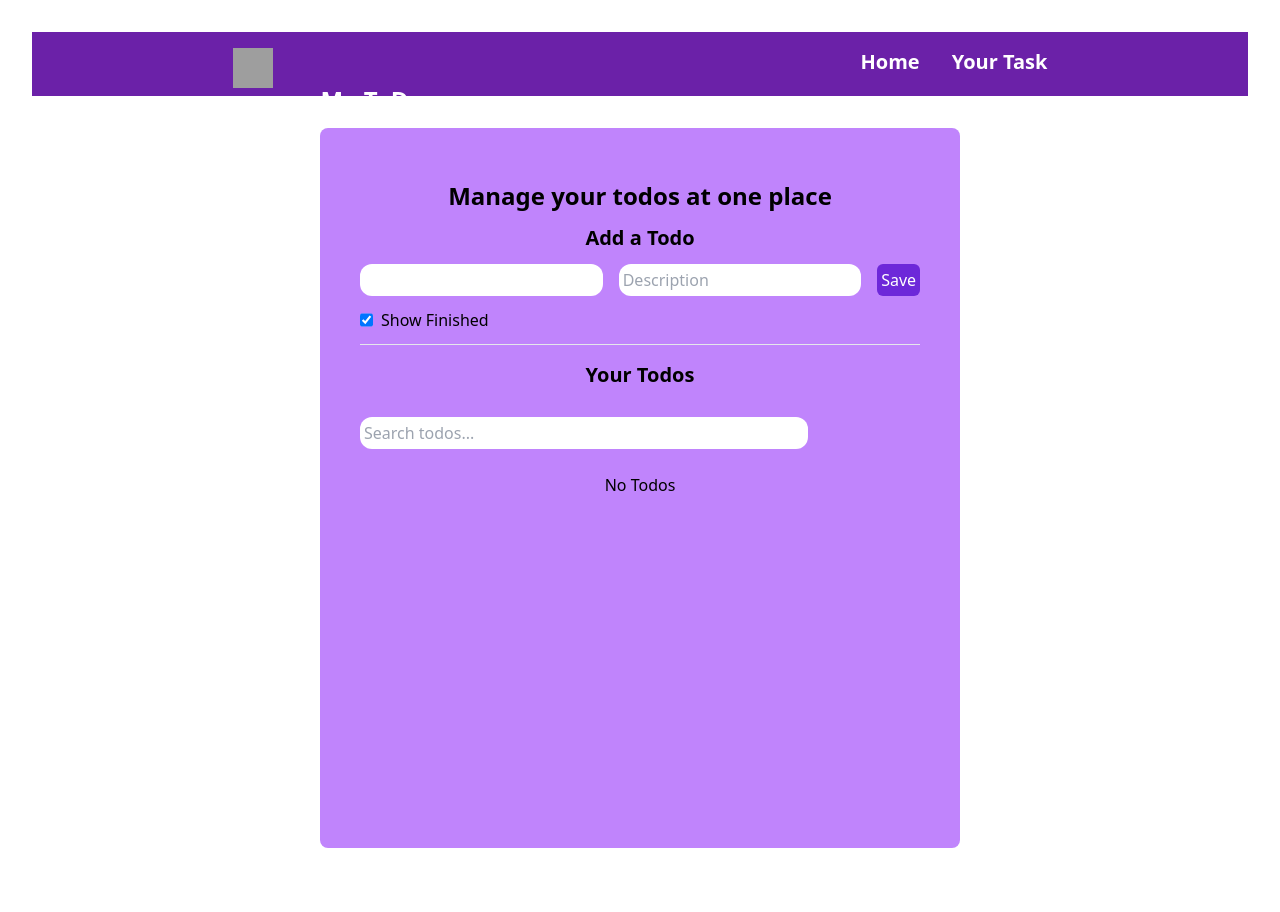
Repository: Gaurav31052/ToDo-Application
Page: /
An editor plug-in stored every save of this project. The page is shown before and after the next save, followed by the edit.
The browser window is 1280 px wide. The pictures show the whole page.
Pictures or frames that could not be fetched are drawn as grey boxes. The project was rebuilt for these pictures with package versions that can differ from the ones it lists, and the page was loaded fresh each time. Requests to the local data server were answered from the project's data file. Also part of the build but not shown: vite.config.js.

Above is the page before, as saved 2024-08-05 11:35:05.

### index.html
<!doctype html>
<html lang="en">
  <head>
    <meta charset="UTF-8" />
    <link rel="icon" type="image/svg+xml" href="/icon.png" />
    <meta name="viewport" content="width=device-width, initial-scale=1.0" />
    <title>ToDo</title>
  </head>
  <body>
    <div id="root"></div>
    <script type="module" src="/src/main.jsx"></script>
  </body>
</html>

### src/App.jsx
import { useEffect, useState } from 'react'
import Navbar from './components/navbar'
import { v4 as uuidv4 } from 'uuid';
import './App.css'
import axios from 'axios';

function App() {
  const [todo, setTodo] = useState("")
  const [description, setDescription] = useState("")
  const [todos, setTodos] = useState([])
  const [showFinished, setshowFinished] = useState(true)
  const [searchTerm, setSearchTerm] = useState("")
  const [expandedTodoId, setExpandedTodoId] = useState(null)

  useEffect(() => {
    let toString = localStorage.getItem("todos")
    if(toString){
      let todos =JSON.parse(localStorage.getItem("todos"))
      setTodos(todos)
    }
  }, [])



  const saveToLS =(params) => {
    localStorage.setItem("todos", JSON.stringify(todos))
  }

  useEffect(() => {
    axios.get('http://localhost:3000/todos')
    .then(response=>setTodos(res))
    .catch(err=>console.log(err))
  }, [])


  const handleEdit =(e,id)=>{
    let t= todos.filter(i=>i.id === id)
    setTodo(t[0].todo)
    setDescription(t[0].description)
    let newTodos =todos.filter(item=>{
      return item.id!==id
    });

    setTodos(newTodos)
    saveToLS();



  }



  const handleDelete =(e,id)=>{

    let newTodos =todos.filter(item=>{
      return item.id!==id
    });

    setTodos(newTodos)
    saveToLS();
  }


  const handleChange =(e)=>{
    setTodo(e.target.value)
  }

  const handleDescriptionChange = (e) => {
    setDescription(e.target.value)
  }

  const handleAdd =()=>{
    setTodos([...todos, { id: uuidv4(), todo, isCompleted: false, description, timestamp: new Date().toLocaleString() }])
    setTodo("")
    setDescription("")
    saveToLS();
  }

  const handleCheckbox=(e) => {
    let id =  e.target.name;
    let index=todos.findIndex(item=>{
      return item.id ===id;
    })
    let newTodos =[...todos];
    newTodos[index].isCompleted = !newTodos[index].isCompleted;
    setTodos(newTodos)
    saveToLS();
  }


  const toggleFinished =(params) => {
    setshowFinished(!showFinished)
  }


  const handleSearch = (e) => {
    setSearchTerm(e.target.value)
  }

  const toggleExpand = (id) => {
    setExpandedTodoId(expandedTodoId === id ? null : id);
  }

  const filteredTodos = todos.filter(item => item.todo.toLowerCase().includes(searchTerm.toLowerCase()));




  return (
    <>
    <Navbar/>
      <div className='flex justify-center '>
        <div className="w-[50vw] bg-purple-400 min-h-screen m-8 p-10 rounded-lg ">
          <div className='flex justify-center text-2xl font-extrabold m-3'>
           <h1 >Manage your todos at one place</h1>
          </div>
          <div className='text-xl font-bold m-3'>
           <h2>Add a Todo</h2>

          </div>
           <div className='gap-4 flex'>
            <input onChange={handleChange} value={todo} type="text" className='w-[35vw] rounded-xl p-1' />
            <input onChange={handleDescriptionChange} value={description} type="text" className='w-[35vw] rounded-xl p-1' placeholder="Description" />
            <button onClick={handleAdd} disabled={todo.length<3} className='bg-violet-700 rounded-md w-20 text-white hover:bg-violet-500  hover:border-2'>Save</button>
           </div>
           <div className='flex gap-2 my-3'>
           <input onChange={toggleFinished} type="checkbox" checked={showFinished}/><p> Show Finished</p>
           </div>

           <hr />

           <h2 className='font-bold text-xl my-4'>Your Todos</h2>

           <div className='flex flex-col gap-3'>
           <input onChange={handleSearch} value={searchTerm} type="text" placeholder="Search todos..." className='w-[35vw] rounded-xl p-1 my-3' />

           {filteredTodos.length === 0 && <div>No Todos</div>}

           {filteredTodos.map(item => {


            return (showFinished || !item.isCompleted) && (
              <div key={item.id} className='flex flex-col w-[40vw]'>
                <div className='flex justify-between'>
                  <div className='flex'>
                    <input name={item.id} onChange={handleCheckbox} type="checkbox" checked={item.isCompleted} className='mx-3'/>
                    <div className={item.isCompleted ? "line-through" : ""}>{item.todo}</div>
                  </div>
                  <div className='flex gap-2'>
                    <button onClick={(e)=>{handleEdit(e,item.id)}} className='bg-violet-700 rounded-md w-auto p-1 text-white hover:bg-violet-500  hover:border'>Edit</button>
                    <button onClick={(e)=>{handleDelete(e,item.id)}} className='bg-violet-700 rounded-md w-auto p-1 text-white hover:bg-violet-500  hover:border'>Delete</button>
                    <button onClick={() => toggleExpand(item.id)} className='bg-violet-700 rounded-md w-auto p-1 text-white hover:bg-violet-500  hover:border'>{expandedTodoId === item.id ? 'Less info' : 'More info'}</button>
                  </div>
                </div>
                {expandedTodoId === item.id && (
                  <div className='mt-2'>
                    <p>Description: {item.description}</p>
                    <p>Last updated: {item.timestamp}</p>
                  </div>
                )}
              </div>
           )})}
           </div>
        </div>
      </div>
    </>
  )
}

export default App

### src/components/navbar.jsx
import React from 'react'

const navbar = () => {
  return (
    <div className='container flex justify-around align-center bg-purple-800 text-white text-xl font-semibold py-2 h-16 pt-4'>
    <div className='flex gap-3'>
    <img className=' w-10' src='/icon.png'></img>
        <div className="logo font-bold text-2xl">My-ToDo</div>
        </div>
        <div className="left"><ul className="flex gap-8">
            <li>Home</li>
            <li>Your Task</li>
            </ul></div>

    </div>
  )
}

export default navbar

### db.json
{
  "todos": [
    {
      "id": "1",
      "todo": "helloo",
      "description": "gfyfgfgsa",
      "timestamp": ""
    }

  ]
}

Loaded but not shown: src/main.jsx (common file); src/index.css (common file); src/App.css (common file); tailwind.config.js (common file)

After the next save:
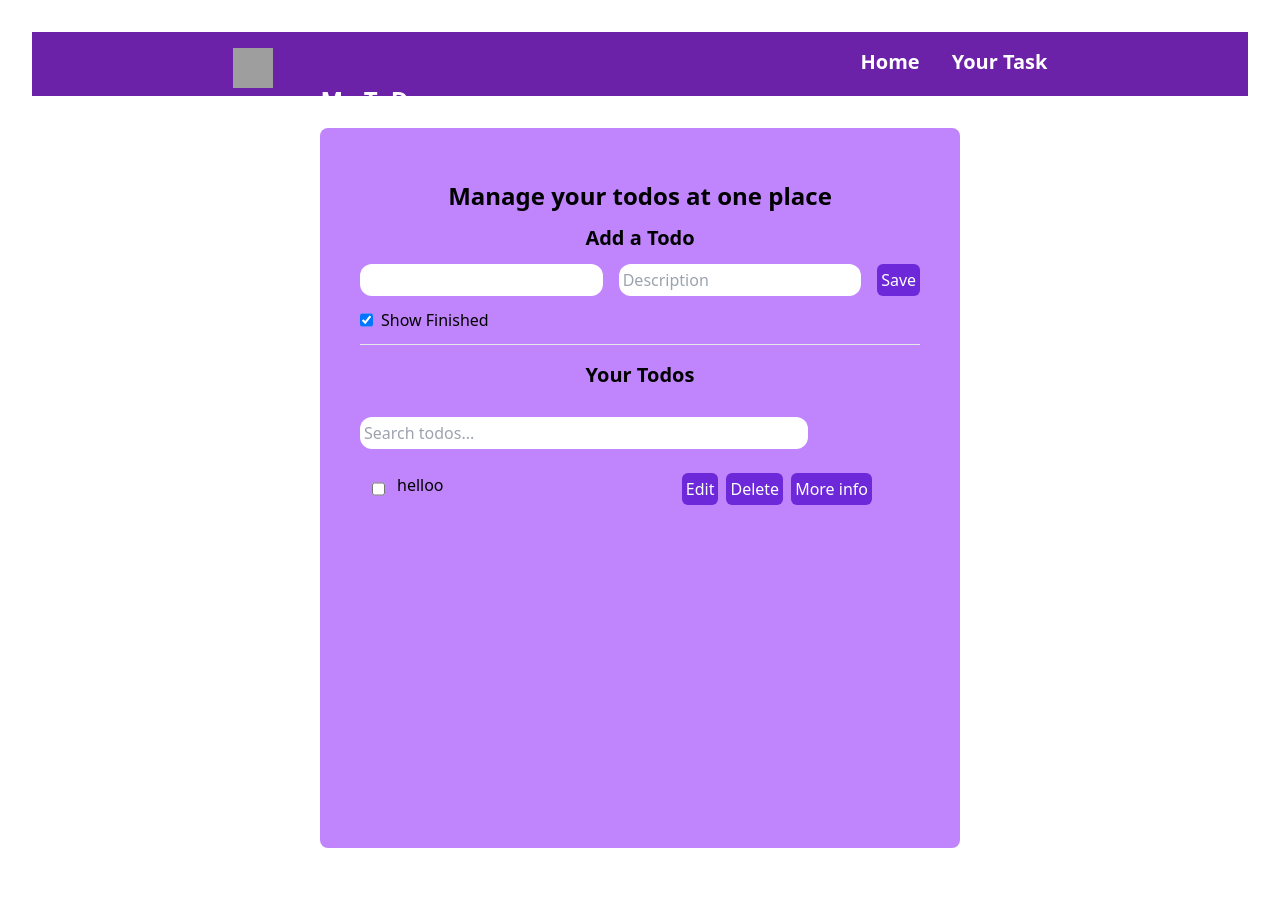
Saved 2 s later.
--- a/src/App.jsx
+++ b/src/App.jsx
@@ -28,7 +28,7 @@ function App() {
 
   useEffect(() => {
     axios.get('http://localhost:3000/todos')
-    .then(response=>setTodos(res))
+    .then(response=>setTodos(response.data))
     .catch(err=>console.log(err))
   }, [])
 
